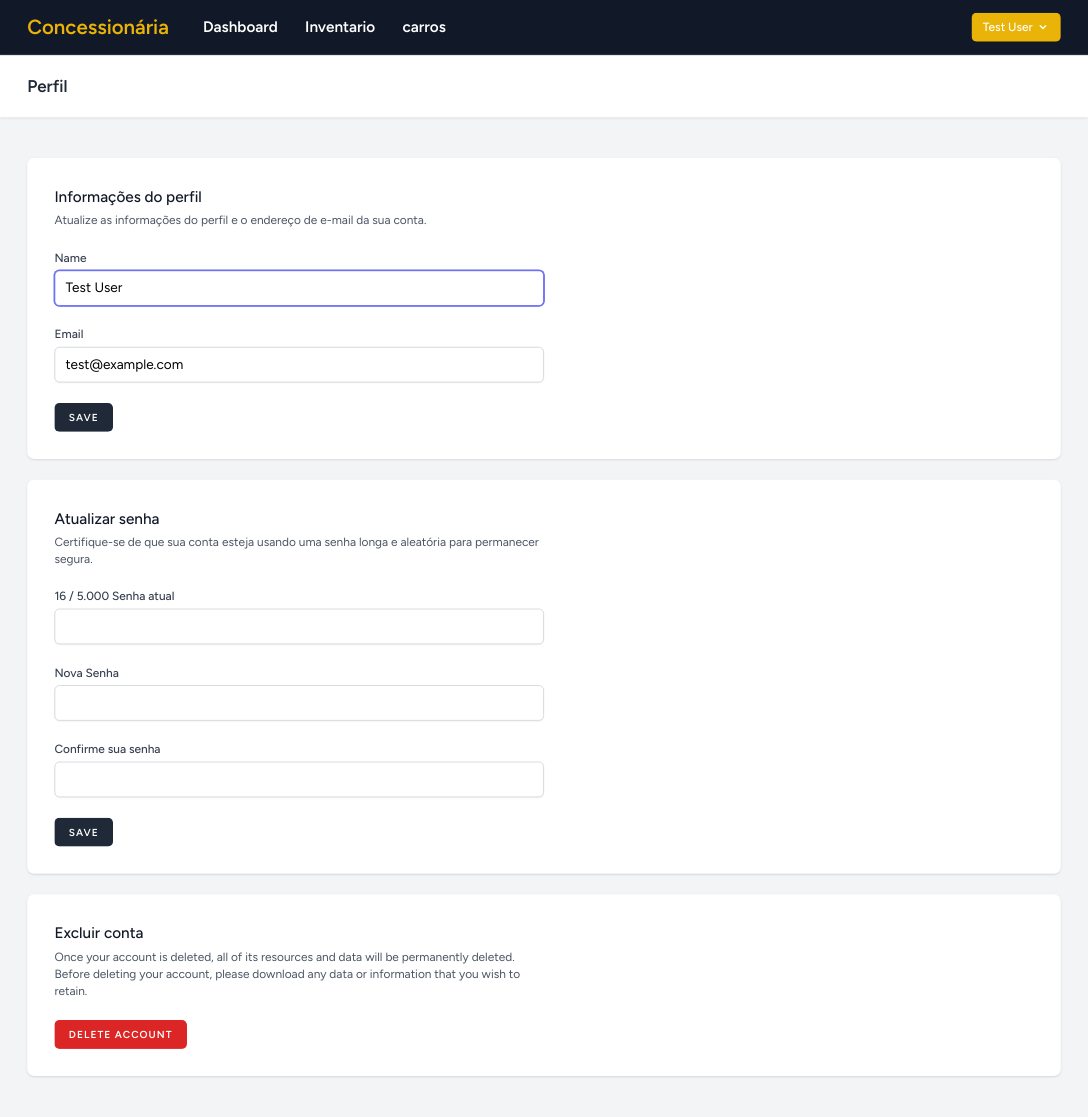
Repository: CarlosEduFF/Projeto-Concession-ria
Page: http://localhost/profile
An editor plug-in stored every save of this project. The page is shown before and after the next save, followed by the edit.
The browser window is 1280 px wide. The pictures show the whole page, at 85% of full size.
The page is served by the project's Laravel application, run on PHP 8.4 with Laravel 9. A made-up administrator, Test User (test@example.com), is signed in. Other server files are loaded and not shown. Style sheets and scripts are compiled from the project's sources, by tool versions that may differ from the author's.

Above is the page before, as saved 2024-09-10 19:09:55.

### routes/web.php
<?php

use App\Http\Controllers\ProfileController;
use Illuminate\Support\Facades\Route;
use App\Http\Controllers\CarroController;

Route::get('/', function () {
    return view('welcome');
});

Route::get('/dashboard', function () {
    return view('dashboard');
})->middleware(['auth', 'verified'])->name('dashboard');

Route::middleware('auth')->group(function () {
    Route::get('/profile', [ProfileController::class, 'edit'])->name('profile.edit');
    Route::patch('/profile', [ProfileController::class, 'update'])->name('profile.update');
    Route::delete('/profile', [ProfileController::class, 'destroy'])->name('profile.destroy');
});

Route::post('/createcarro', [CarroController::class, 'create']);
Route::get('/excluir/{id}', [CarroController::class, 'excluir']);
Route::get('/dashboard', [CarroController::class, 'dashboard'])->middleware(['auth', 'verified'])->name('dashboard');
require __DIR__.'/auth.php';


Route::get('/atualizar', function () {
    return view('atualizacao');
});

Route::post("/atualizar/{id}", [CarroController::class, 'atualizar']);
Route::get("/editar/{id}",[CarroController::class, 'editar'])->name('Editar.carro');

### resources/views/profile/partials/update-profile-information-form.blade.php
<section>
    <header>
        <h2 class="text-lg font-medium text-gray-900 dark:text-gray-100">
            {{ __('Informações do perfil') }}
        </h2>

        <p class="mt-1 text-sm text-gray-600 dark:text-gray-400">
            {{ __("Atualize as informações do perfil e o endereço de e-mail da sua conta.") }}
        </p>
    </header>

    <form id="send-verification" method="post" action="{{ route('verification.send') }}">
        @csrf
    </form>

    <form method="post" action="{{ route('profile.update') }}" class="mt-6 space-y-6">
        @csrf
        @method('patch')

        <div>
            <x-input-label for="name" :value="__('Name')" />
            <x-text-input id="name" name="name" type="text" class="mt-1 block w-full" :value="old('name', $user->name)" required autofocus autocomplete="name" />
            <x-input-error class="mt-2" :messages="$errors->get('name')" />
        </div>

        <div>
            <x-input-label for="email" :value="__('Email')" />
            <x-text-input id="email" name="email" type="email" class="mt-1 block w-full" :value="old('email', $user->email)" required autocomplete="username" />
            <x-input-error class="mt-2" :messages="$errors->get('email')" />

            @if ($user instanceof \Illuminate\Contracts\Auth\MustVerifyEmail && ! $user->hasVerifiedEmail())
                <div>
                    <p class="text-sm mt-2 text-gray-800 dark:text-gray-200">
                        {{ __('Seu endereço de e-mail não foi verificado.') }}

                        <button form="send-verification" class="underline text-sm text-gray-600 dark:text-gray-400 hover:text-gray-900 dark:hover:text-gray-100 rounded-md focus:outline-none focus:ring-2 focus:ring-offset-2 focus:ring-indigo-500 dark:focus:ring-offset-gray-800">
                            {{ __('Clique aqui para reenviar o e-mail de verificação.') }}
                        </button>
                    </p>

                    @if (session('status') === 'verification-link-sent')
                        <p class="mt-2 font-medium text-sm text-green-600 dark:text-green-400">
                            {{ __('Um novo link de verificação foi enviado para seu endereço de e-mail.') }}
                        </p>
                    @endif
                </div>
            @endif
        </div>

        <div class="flex items-center gap-4">
            <x-primary-button>{{ __('Save') }}</x-primary-button>

            @if (session('status') === 'profile-updated')
                <p
                    x-data="{ show: true }"
                    x-show="show"
                    x-transition
                    x-init="setTimeout(() => show = false, 2000)"
                    class="text-sm text-gray-600 dark:text-gray-400"
                >{{ __('Salvo') }}</p>
            @endif
        </div>
    </form>
</section>

### resources/views/profile/partials/update-password-form.blade.php
<section>
    <header>
        <h2 class="text-lg font-medium text-gray-900 dark:text-gray-100">
            {{ __('Atualizar senha') }}
        </h2>

        <p class="mt-1 text-sm text-gray-600 dark:text-gray-400">
            {{ __('Certifique-se de que sua conta esteja usando uma senha longa e aleatória para permanecer segura.') }}
        </p>
    </header>

    <form method="post" action="{{ route('password.update') }}" class="mt-6 space-y-6">
        @csrf
        @method('put')

        <div>
            <x-input-label for="current_password" :value="__('
16 / 5.000
Senha atual')" />
            <x-text-input id="current_password" name="current_password" type="password" class="mt-1 block w-full" autocomplete="current-password" />
            <x-input-error :messages="$errors->updatePassword->get('current_password')" class="mt-2" />
        </div>

        <div>
            <x-input-label for="password" :value="__('Nova Senha')" />
            <x-text-input id="password" name="password" type="password" class="mt-1 block w-full" autocomplete="new-password" />
            <x-input-error :messages="$errors->updatePassword->get('password')" class="mt-2" />
        </div>

        <div>
            <x-input-label for="password_confirmation" :value="__('Confirme sua senha')" />
            <x-text-input id="password_confirmation" name="password_confirmation" type="password" class="mt-1 block w-full" autocomplete="new-password" />
            <x-input-error :messages="$errors->updatePassword->get('password_confirmation')" class="mt-2" />
        </div>

        <div class="flex items-center gap-4">
            <x-primary-button>{{ __('Save') }}</x-primary-button>

            @if (session('status') === 'password-updated')
                <p
                    x-data="{ show: true }"
                    x-show="show"
                    x-transition
                    x-init="setTimeout(() => show = false, 2000)"
                    class="text-sm text-gray-600 dark:text-gray-400"
                >{{ __('Salvar') }}</p>
            @endif
        </div>
    </form>
</section>

### resources/views/profile/partials/delete-user-form.blade.php
<section class="space-y-6">
    <header>
        <h2 class="text-lg font-medium text-gray-900 dark:text-gray-100">
            {{ __('Excluir conta') }}
        </h2>

        <p class="mt-1 text-sm text-gray-600 dark:text-gray-400">
            {{ __('Once your account is deleted, all of its resources and data will be permanently deleted. Before deleting your account, please download any data or information that you wish to retain.') }}
        </p>
    </header>

    <x-danger-button
        x-data=""
        x-on:click.prevent="$dispatch('open-modal', 'confirm-user-deletion')"
    >{{ __('Delete Account') }}</x-danger-button>

    <x-modal name="confirm-user-deletion" :show="$errors->userDeletion->isNotEmpty()" focusable>
        <form method="post" action="{{ route('profile.destroy') }}" class="p-6">
            @csrf
            @method('delete')

            <h2 class="text-lg font-medium text-gray-900 dark:text-gray-100">
                {{ __('Are you sure you want to delete your account?') }}
            </h2>

            <p class="mt-1 text-sm text-gray-600 dark:text-gray-400">
                {{ __('Once your account is deleted, all of its resources and data will be permanently deleted. Please enter your password to confirm you would like to permanently delete your account.') }}
            </p>

            <div class="mt-6">
                <x-input-label for="password" value="{{ __('Password') }}" class="sr-only" />

                <x-text-input
                    id="password"
                    name="password"
                    type="password"
                    class="mt-1 block w-3/4"
                    placeholder="{{ __('Password') }}"
                />

                <x-input-error :messages="$errors->userDeletion->get('password')" class="mt-2" />
            </div>

            <div class="mt-6 flex justify-end">
                <x-secondary-button x-on:click="$dispatch('close')">
                    {{ __('Cancel') }}
                </x-secondary-button>

                <x-danger-button class="ml-3">
                    {{ __('Delete Account') }}
                </x-danger-button>
            </div>
        </form>
    </x-modal>
</section>

### resources/views/layouts/navigation.blade.php
<nav x-data="{ open: false }" class="bg-gray-900 text-white shadow-lg border-b border-gray-700">
    <!-- Primary Navigation Menu -->
    <div class="max-w-7xl mx-auto px-4 sm:px-6 lg:px-8">
        <div class="flex justify-between h-16">
            <div class="flex">
                <!-- Logo -->
                <div class="shrink-0 flex items-center">
                    <a href="{{ route('dashboard') }}">
                    <a href="#" class="text-2xl font-bold text-yellow-500">Concessionária</a>
                    </a>
                </div>

                <!-- Navigation Links -->
                <div class="hidden space-x-8 sm:-my-px sm:ml-10 items-center sm:flex">
                    <a href="{{ route('dashboard') }}" class="text-lg font-semibold text-white hover:text-yellow-400">
                        {{ __('Dashboard') }}
                    </a>
                    <a  class="text-lg font-semibold text-white hover:text-yellow-400">
                        Inventario
                    </a>
                    <a href="" class="text-lg font-semibold text-white hover:text-yellow-400">
                        carros
                    </a>
                </div>
            </div>

            <!-- Settings Dropdown -->
            <div class="hidden sm:flex sm:items-center sm:ml-6">
                <x-dropdown align="right" width="48">
                    <x-slot name="trigger">
                        <button class="inline-flex items-center px-3 py-2 border border-transparent text-sm leading-4 font-medium rounded-md bg-yellow-500 text-white hover:bg-yellow-600 focus:outline-none transition ease-in-out duration-150">
                            <div>{{ Auth::user()->name }}</div>
                            <div class="ml-1">
                                <svg class="fill-current h-4 w-4" xmlns="http://www.w3.org/2000/svg" viewBox="0 0 20 20">
                                    <path fill-rule="evenodd" d="M5.293 7.293a1 1 0 011.414 0L10 10.586l3.293-3.293a1 1 0 111.414 1.414l-4 4a1 1 0 01-1.414 0l-4-4a1 1 0 010-1.414z" clip-rule="evenodd" />
                                </svg>
                            </div>
                        </button>
                    </x-slot>

                    <x-slot name="content">
                        <x-dropdown-link :href="route('profile.edit')">
                            {{ __('Perfil') }}
                        </x-dropdown-link>

                        <!-- Authentication -->
                        <form method="POST" action="{{ route('logout') }}">
                            @csrf
                            <x-dropdown-link :href="route('logout')"
                                    onclick="event.preventDefault();
                                                this.closest('form').submit();">
                                {{ __('Sair') }}
                            </x-dropdown-link>
                        </form>
                    </x-slot>
                </x-dropdown>
            </div>

            <!-- Hamburger -->
            <div class="-mr-2 flex items-center sm:hidden">
                <button @click="open = ! open" class="inline-flex items-center justify-center p-2 rounded-md text-yellow-500 hover:text-yellow-400 hover:bg-gray-800 focus:outline-none focus:bg-gray-800 focus:text-yellow-400 transition duration-150 ease-in-out">
                    <svg class="h-6 w-6" stroke="currentColor" fill="none" viewBox="0 0 24 24">
                        <path :class="{'hidden': open, 'inline-flex': ! open }" class="inline-flex" stroke-linecap="round" stroke-linejoin="round" stroke-width="2" d="M4 6h16M4 12h16M4 18h16" />
                        <path :class="{'hidden': ! open, 'inline-flex': open }" class="hidden" stroke-linecap="round" stroke-linejoin="round" stroke-width="2" d="M6 18L18 6M6 6l12 12" />
                    </svg>
                </button>
            </div>
        </div>
    </div>

    <!-- Responsive Navigation Menu -->
    <div :class="{'block': open, 'hidden': ! open}" class="hidden sm:hidden">
        <div class="pt-2 pb-3 space-y-1">
            <a href="{{ route('dashboard') }}" class="block text-base font-semibold text-yellow-500 hover:bg-gray-800 hover:text-yellow-400">
                {{ __('Dashboard') }}
            </a>
            <a href="" class="block text-base font-semibold text-yellow-500 hover:bg-gray-800 hover:text-yellow-400">
                Inventario
            </a>
        </div>

        <!-- Responsive Settings Options -->
        <div class="pt-4 pb-1 border-t border-gray-700">
            <div class="px-4">
                <div class="font-medium text-base text-white">{{ Auth::user()->name }}</div>
                <div class="font-medium text-sm text-gray-400">{{ Auth::user()->email }}</div>
            </div>

            <div class="mt-3 space-y-1">
                <a href="{{ route('profile.edit') }}" class="block px-4 py-2 text-base font-semibold text-yellow-500 hover:bg-gray-800 hover:text-yellow-400">
                    {{ __('Perfil') }}
                </a>

                <!-- Authentication -->
                <form method="POST" action="{{ route('logout') }}">
                    @csrf
                    <a href="{{ route('logout') }}"
                       onclick="event.preventDefault(); this.closest('form').submit();"
                       class="block px-4 py-2 text-base font-semibold text-yellow-500 hover:bg-gray-800 hover:text-yellow-400">
                        {{ __('Sair') }}
                    </a>
                </form>
            </div>
        </div>
    </div>
</nav>

Loaded but not shown: routes/auth.php (common file); app/Http/Controllers/Auth/EmailVerificationPromptController.php (common file); app/Http/Controllers/Controller.php (common file); app/Http/Controllers/Auth/VerifyEmailController.php (common file); app/Models/User.php (common file); app/Http/Controllers/ProfileController.php (common file); resources/views/profile/edit.blade.php (common file); app/View/Components/AppLayout.php (common file); resources/views/components/input-label.blade.php (common file); resources/views/components/text-input.blade.php (common file); resources/views/components/input-error.blade.php (common file); resources/views/components/primary-button.blade.php (common file); resources/views/components/danger-button.blade.php (common file); resources/views/components/secondary-button.blade.php (common file); resources/views/components/modal.blade.php (common file); resources/views/layouts/app.blade.php (common file); resources/views/components/dropdown-link.blade.php (common file); resources/views/components/dropdown.blade.php (common file); resources/css/app.css (common file); tailwind.config.js (common file); resources/js/app.js (common file); resources/js/bootstrap.js (common file)

After the next save:
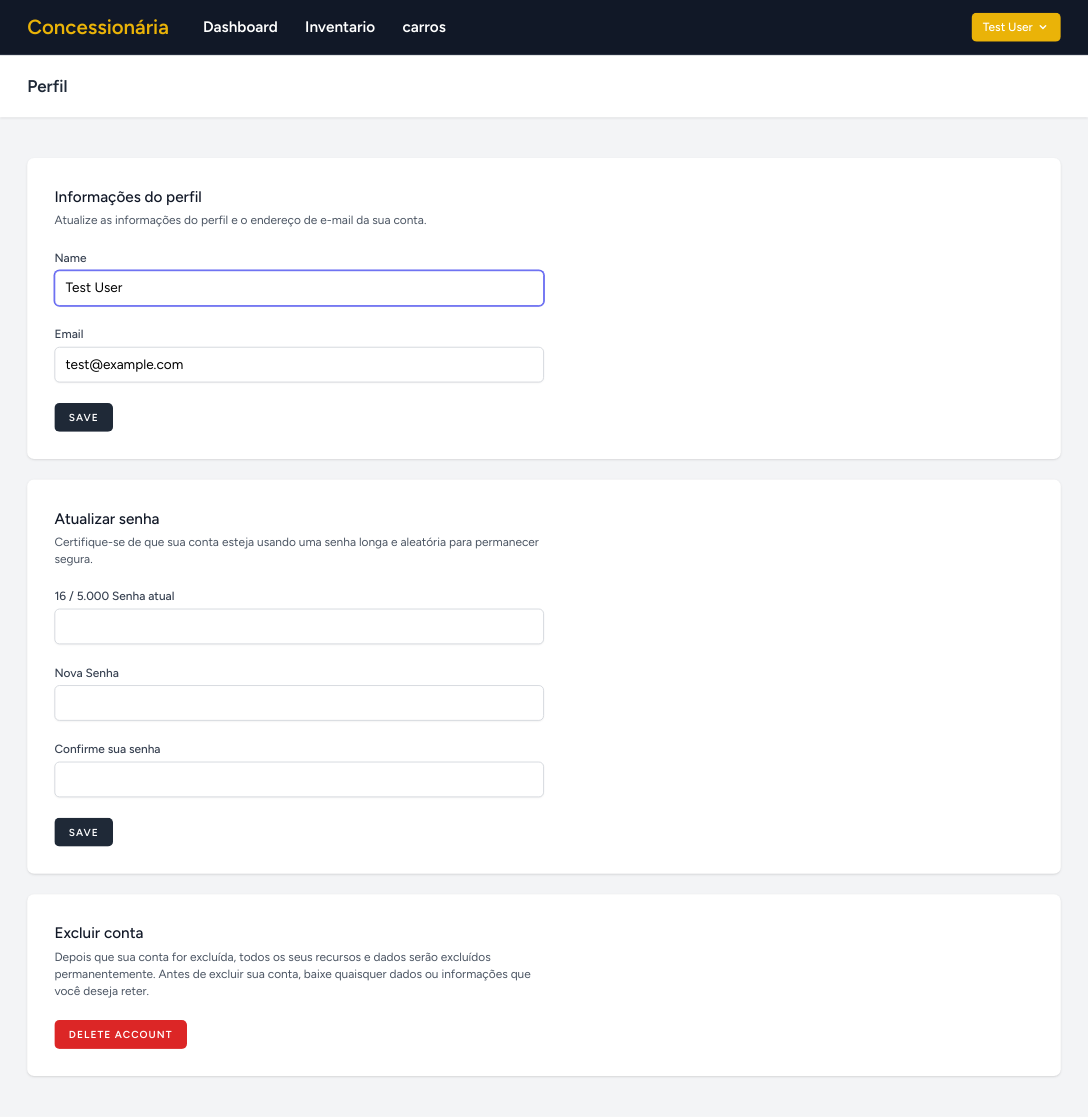
Saved 10 s later.
--- a/resources/views/profile/partials/delete-user-form.blade.php
+++ b/resources/views/profile/partials/delete-user-form.blade.php
@@ -5,7 +5,7 @@
         </h2>
 
         <p class="mt-1 text-sm text-gray-600 dark:text-gray-400">
-            {{ __('Once your account is deleted, all of its resources and data will be permanently deleted. Before deleting your account, please download any data or information that you wish to retain.') }}
+            {{ __('Depois que sua conta for excluída, todos os seus recursos e dados serão excluídos permanentemente. Antes de excluir sua conta, baixe quaisquer dados ou informações que você deseja reter.') }}
         </p>
     </header>
 
